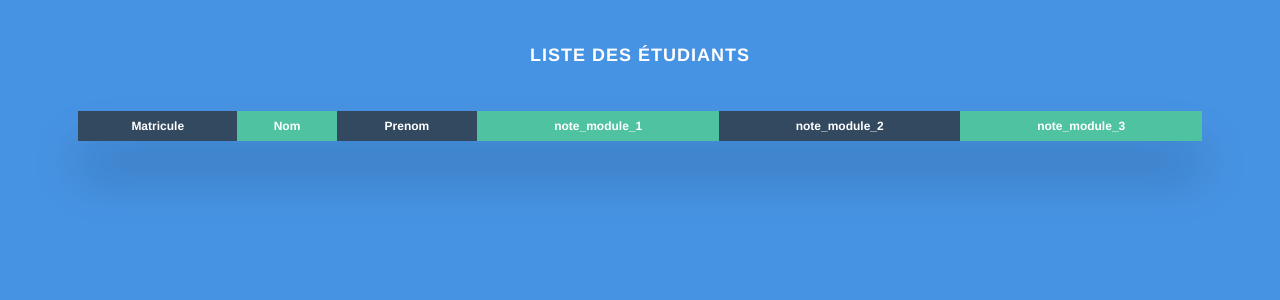
Repository: tt5300447/parakeet
Page: http://localhost/
An editor plug-in stored every save of this project. The page is shown before and after the next save, followed by the edit.
The browser window is 1280 px wide. The pictures show the whole page.
The page is run by PHP 8.4 with error messages shown; the project is at /var/www/html/. Queries for data that is not in the repository find no rows.

Above is the page before, as saved 2022-06-19 16:12:14.

After the next save:
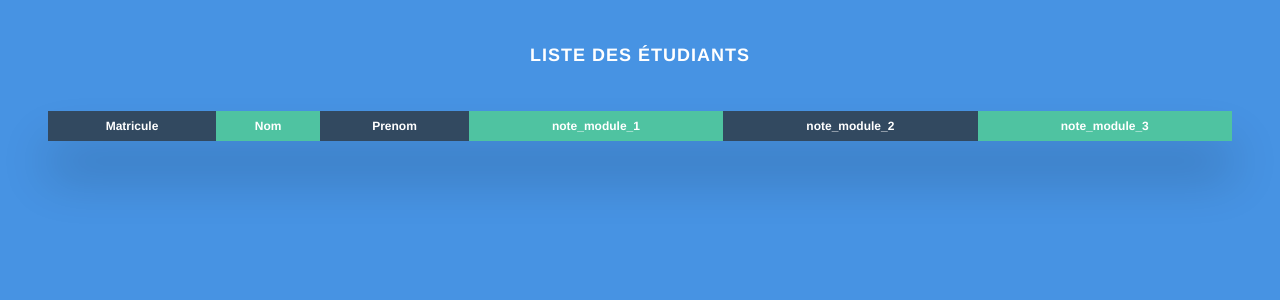
Saved 45 s later.
--- a/Copier/htdocs/Liste/table.css
+++ b/Copier/htdocs/Liste/table.css
@@ -23,7 +23,7 @@ h2 {
 /* Table Styles */
 
 .table-wrapper {
-    margin: 10px 70px 70px;
+    margin: 10px 40px 40px;
     box-shadow: 0px 35px 50px rgba(0, 0, 0, 0.2);
 }
 
